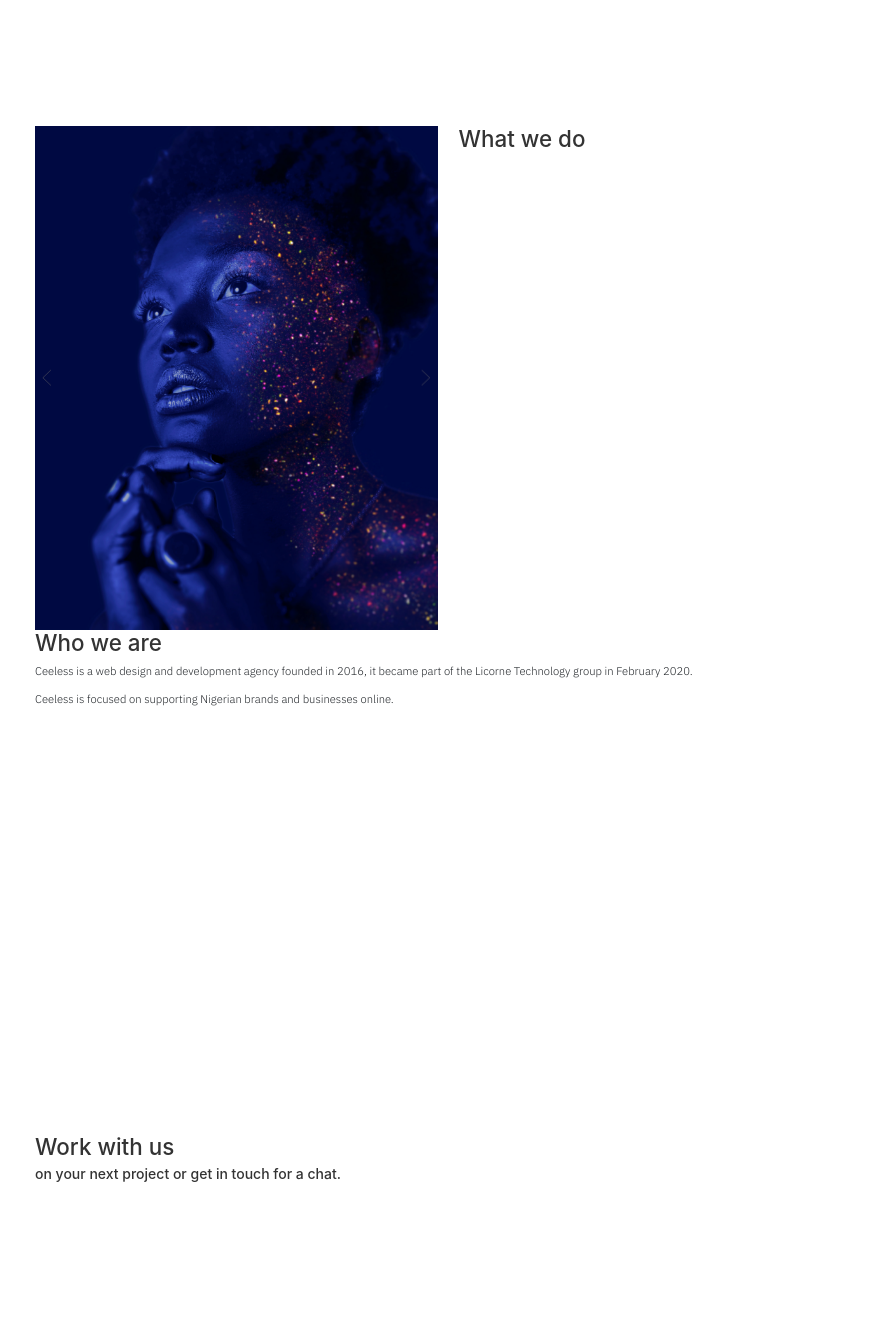
Repository: Licorne-Technologies/Ceeless-v2
Page: index.html
These files come from the project's save history. The page is drawn as it stood at one moment and after the next save; the edit follows.
The browser window is 1280 px wide. The pictures show the part of the page from y = 631 to 2551 px (the page is 3037 px tall), at 70% of full size.
Some web libraries are served in a nearby version. The style sheet was rebuilt from its Sass, Less or Tailwind sources for each picture, by a compiler version that may differ from the author's.

Above is the page before, as saved 2020-06-15 13:12:56.

After the next save:
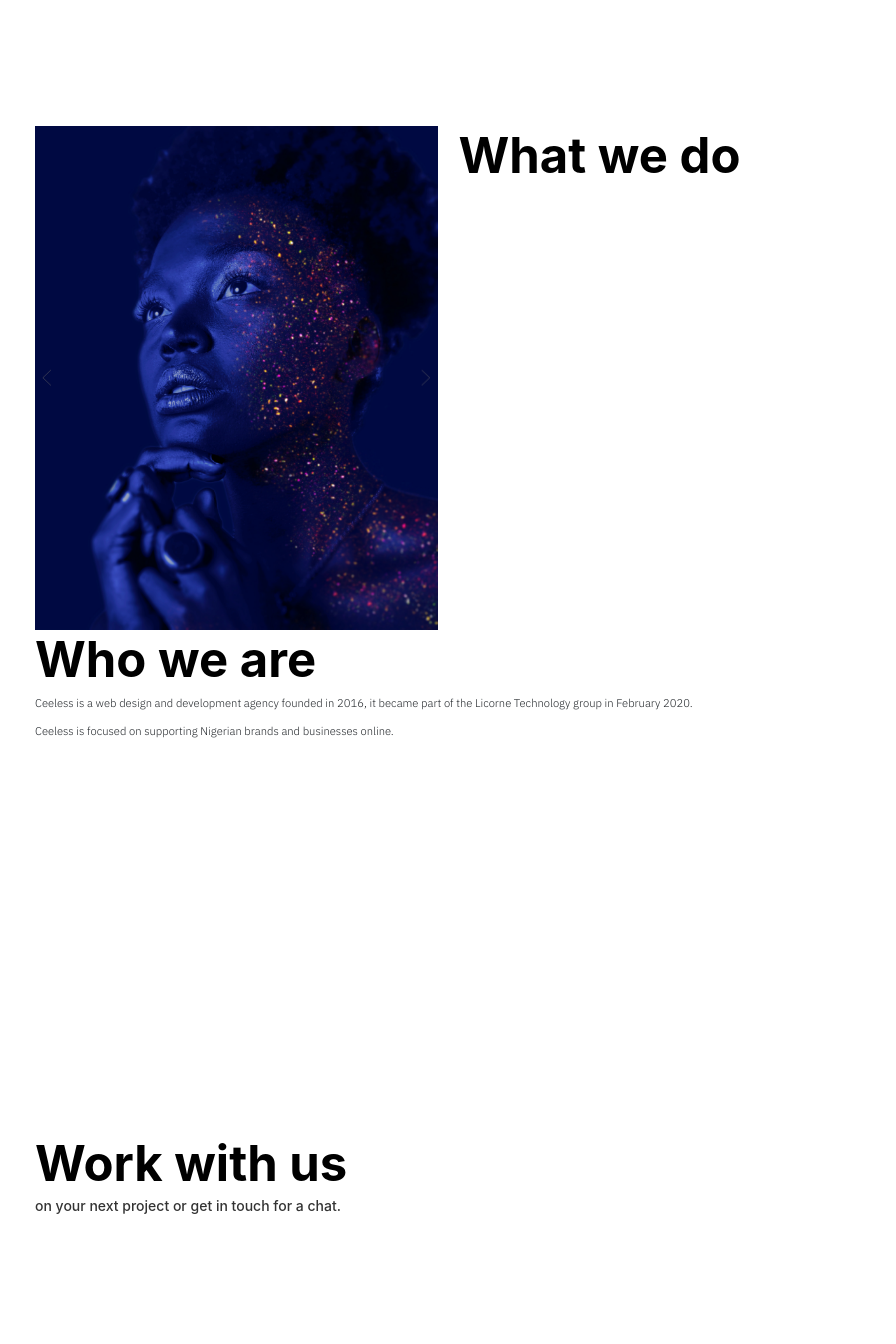
Saved 32 s later.
--- a/css/stylesheet.scss
+++ b/css/stylesheet.scss
@@ -17,6 +17,12 @@
  section {
     height: 100vh;
 }
+
+.title {
+    color: $dark;
+    font-size: $fontLarge;
+    font-weight: $fontHeavy;
+}
 @media screen and (min-width: 760px){
     .wrapper {
         margin: 0 50px;
